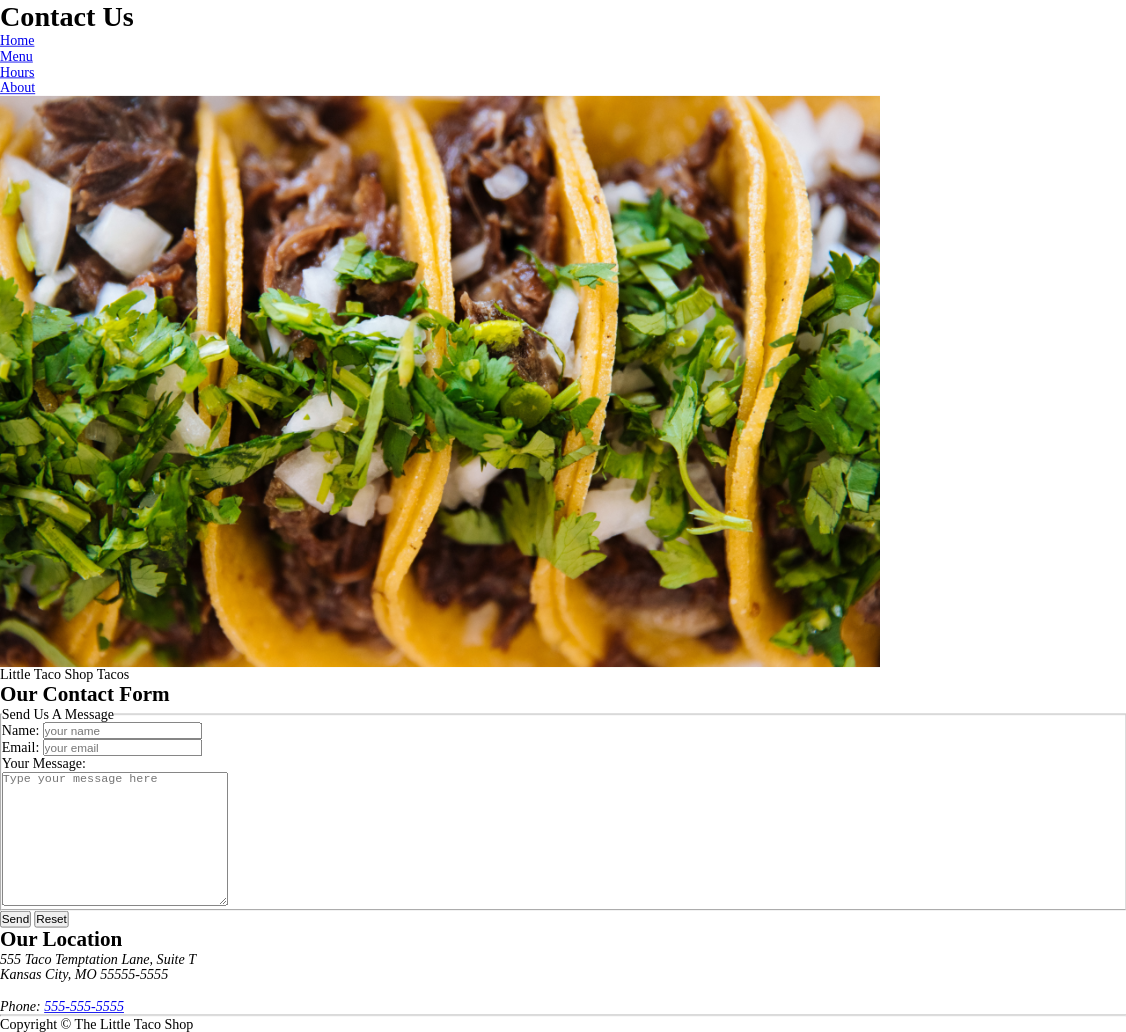
Repository: nabieusuma/Little-taco-shop
Page: contact.html
The author's editor kept a copy of each file at every save. The page is drawn from the files as they stood at one save, then again after a run of saves.
The browser window is 1280 px wide. The pictures show the whole page, at 88% of full size.

Above is the page before, as saved 2026-05-05 23:58:08.

### contact.html
<!doctype html>
<html lang="en">
  <head>
    <meta charset="UTF-8" />
    <meta name="author" content="Nabieu suma " />
    <meta
      name="description"
      content="Contact information for The Little Taco Shop"
    />
    <title>Contact Us - LTS</title>
    <link rel="icon" href="favicon.ico" type="image/x-icon" />
    <link rel="stylesheet" href="css/style.css" />
  </head>

  <body>
    <header class="header">
      <h1 class="header__h1">Contact Us</h1>
      <nav class="header__nav">
        <ul class="header__ul">
          <li>
            <a href="/">Home</a>
          </li>
          <li>
            <a href="/#menu">Menu</a>
          </li>
          <li>
            <a href="hours.html">Hours</a>
          </li>
          <li>
            <a href="about.html">About </a>
          </li>
        </ul>
      </nav>
    </header>
    <section class="hero">
      <figure>
        <img
          src="./Images/tacos_close_up_1000x649.png"
          alt="Little Taco Shop Tacos"
          title="Tacos ready to eat!"
          width="1000"
          height="649"
        />
        <figcaption class="offscreen">Little Taco Shop Tacos</figcaption>
      </figure>
    </section>
    <main>
      <section>
        <h2>Our Contact Form</h2>

        <form action="https://httpbin.org/get" method="get">
          <fieldset>
            <legend>Send Us A Message</legend>
            <p>
              <label for="name">Name:</label>
              <input
                type="text"
                name="name"
                id="name"
                placeholder="your name"
                required
              />
            </p>
            <p>
              <label for="email">Email:</label>
              <input
                type="email"
                name="email"
                id="email"
                placeholder="your email"
                required
              />
            </p>
            <p>
              <label for="message">Your Message:</label>
              <br />
              <textarea
                name="message"
                id="message"
                cols="30"
                rows="10"
                placeholder="Type your message here"
              ></textarea>
            </p>
          </fieldset>
          <button type="submit">Send</button>
          <button type="reset">Reset</button>
        </form>
      </section>
      <section>
        <h2>Our Location</h2>
        <address>
          555 Taco Temptation Lane, Suite T<br />
          Kansas City, MO 55555-5555
          <br /><br />
          Phone: <a href="tel:+5555555555">555-555-5555</a>
        </address>
      </section>
    </main>
    <hr />
    <footer>
      <p>Copyright &copy; The Little Taco Shop</p>
    </footer>
  </body>
</html>

### style.css
@import url("https://fonts.googleapis.com/css2?family=Fraunces:ital,opsz,wght@0,9..144,100..900;1,9..144,100..900&family=Hanken+Grotesk:ital,wght@0,100..900;1,100..900&family=Kumbh+Sans:wght,YOPQ@100..900,300&family=Montserrat:ital,wght@0,100..900;1,100..900&family=Nunito:ital,wght@0,200..1000;1,200..1000&family=Outfit:wght@100..900&family=Red+Hat+Display:ital,wght@0,300..900;1,300..900&family=Roboto:ital,wght@0,100..900;1,100..900&family=Work+Sans:ital,wght@0,100..900;1,100..900&display=swap");

*,
*::before,
*::after {
  padding: 0;
  margin: 0;
  box-sizing: border-box;
}

img {
  display: block;
  max-width: 100%;
  height: auto;
}

input, forms, textarea {

}

After the next 3 saves:
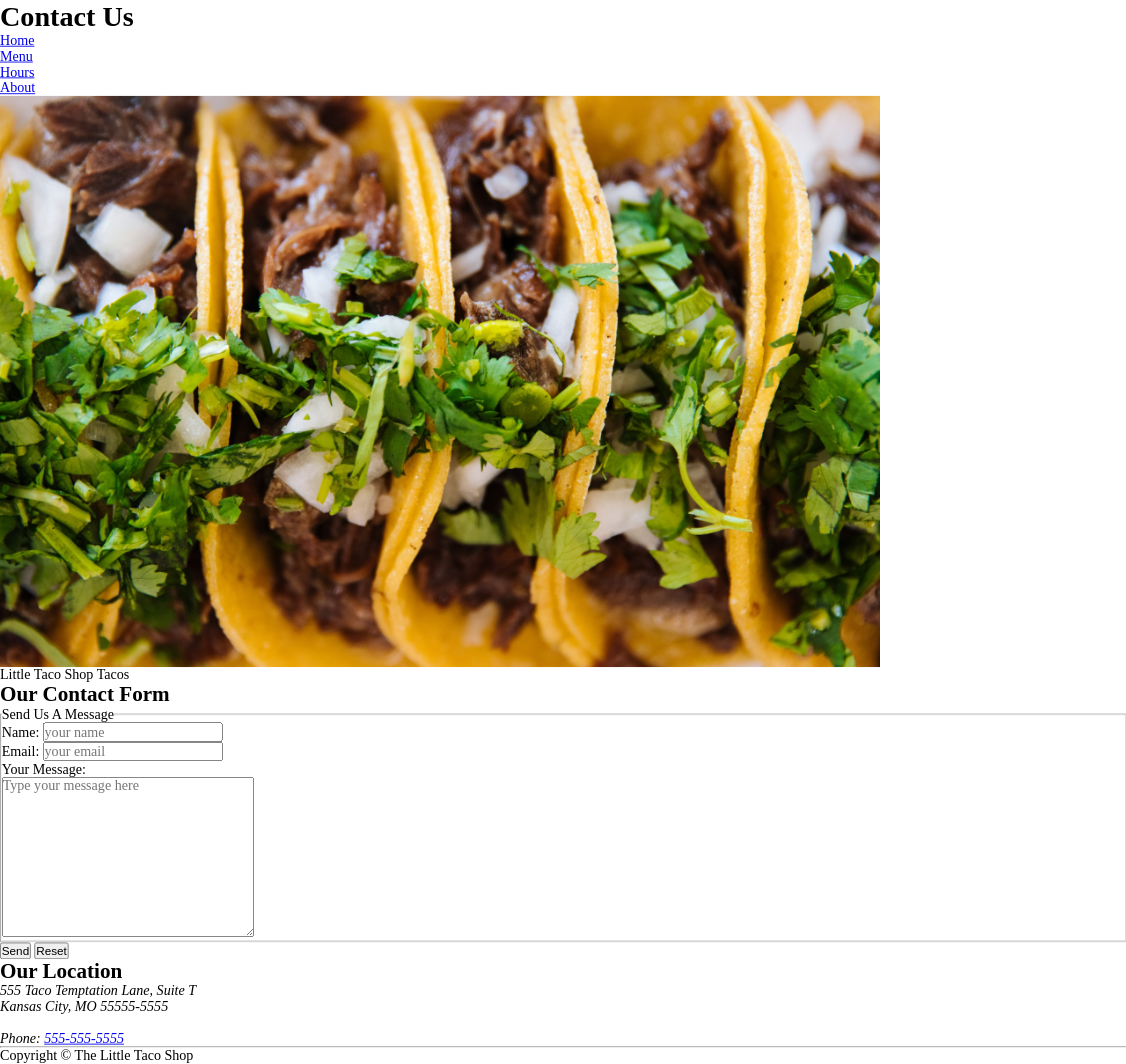
The 3 saves are shown as one change because they came seconds apart.
The last was saved 10 s later.
--- a/style.css
+++ b/style.css
@@ -15,5 +15,5 @@ img {
 }
 
 input, forms, textarea {
-
+  font: inherit;
 }
